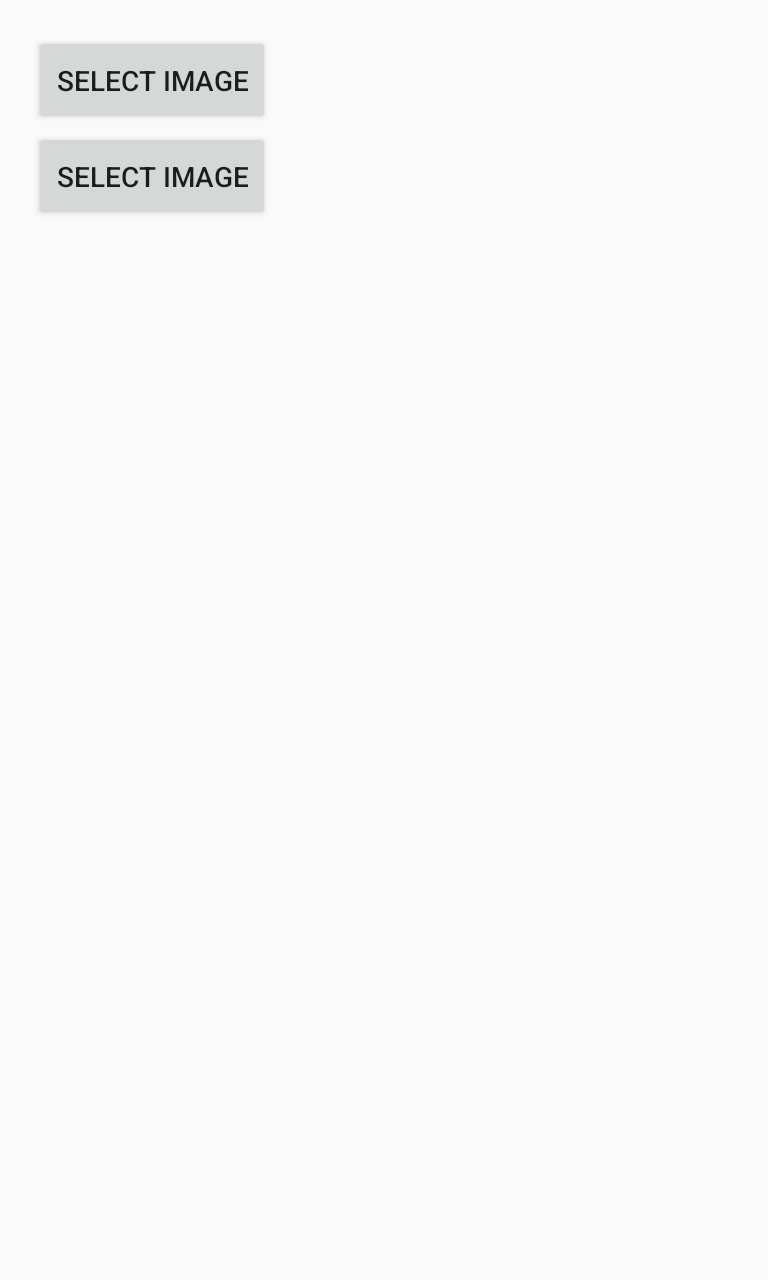
Repository: BLiuBLiu/android_file_upload
Layout: ImageUploadTest/res/layout/activity_main.xml
The author's editor kept a copy of each file at every save. The layout is drawn from the files as they stood at one save, then again after the next save.
It is drawn on a 768 x 1280 px phone screen (xhdpi) without system bars, with theme AppTheme; the app's code is not run.

Above is the layout before, as saved 2015-10-17 05:21:39.

After the next save:
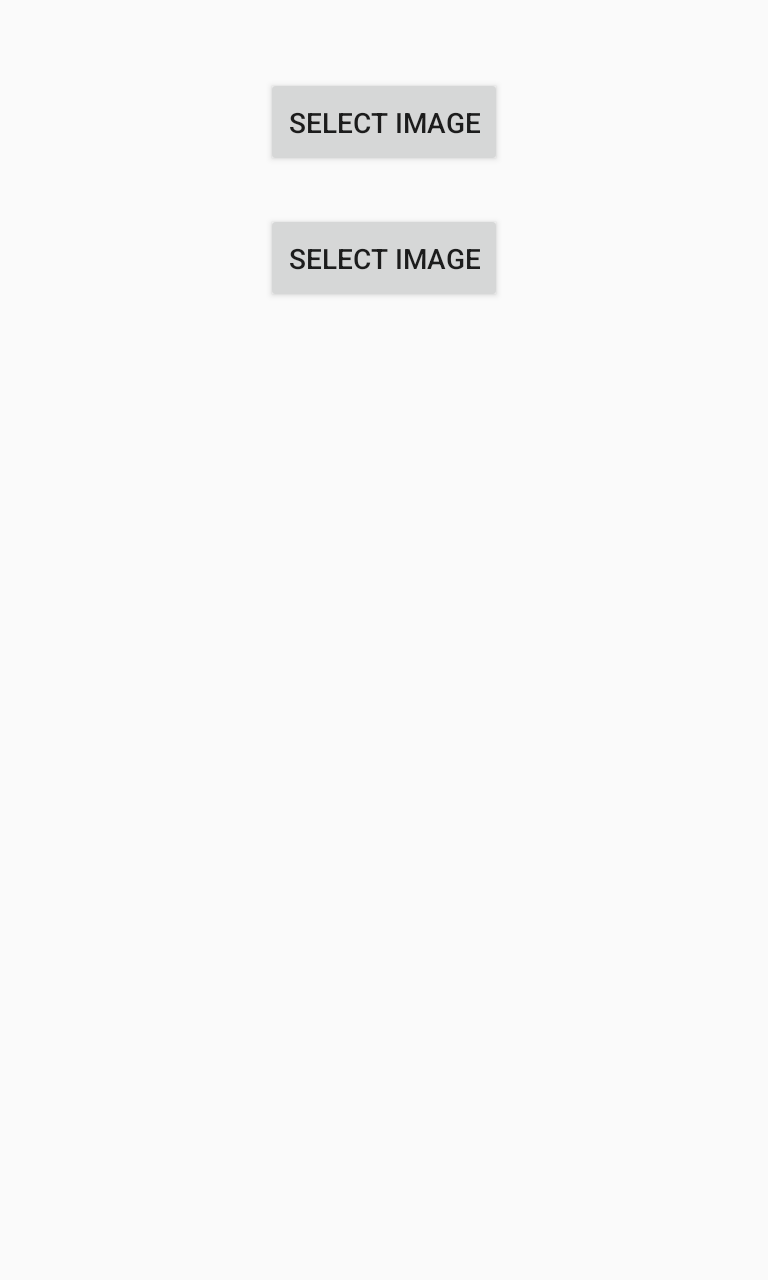
Saved 40 s later.
--- a/ImageUploadTest/res/layout/activity_main.xml
+++ b/ImageUploadTest/res/layout/activity_main.xml
@@ -8,23 +8,29 @@
     android:paddingTop="@dimen/activity_vertical_margin"
     tools:context="com.example.imageuploadtest.MainActivity" >
 
+    <ImageView
+        android:id="@+id/img_selected"
+        android:layout_width="fill_parent"
+        android:layout_height="fill_parent"
+        android:layout_below="@id/btn_upload" />
+
     <Button
         android:id="@+id/btn_select"
         android:layout_width="wrap_content"
         android:layout_height="wrap_content"
+        android:layout_alignParentTop="true"
+        android:layout_centerHorizontal="true"
+        android:layout_marginTop="21dp"
+        android:gravity="center"
         android:text="Select Image" />
 
     <Button
         android:id="@+id/btn_upload"
         android:layout_width="wrap_content"
         android:layout_height="wrap_content"
-        android:layout_below="@id/btn_select"
+        android:layout_alignLeft="@+id/btn_select"
+        android:layout_below="@+id/btn_select"
+        android:layout_marginTop="20dp"
         android:text="Select Image" />
 
-    <ImageView
-        android:id="@+id/img_selected"
-        android:layout_width="fill_parent"
-        android:layout_height="fill_parent"
-        android:layout_below="@id/btn_upload" />
-
 </RelativeLayout>
